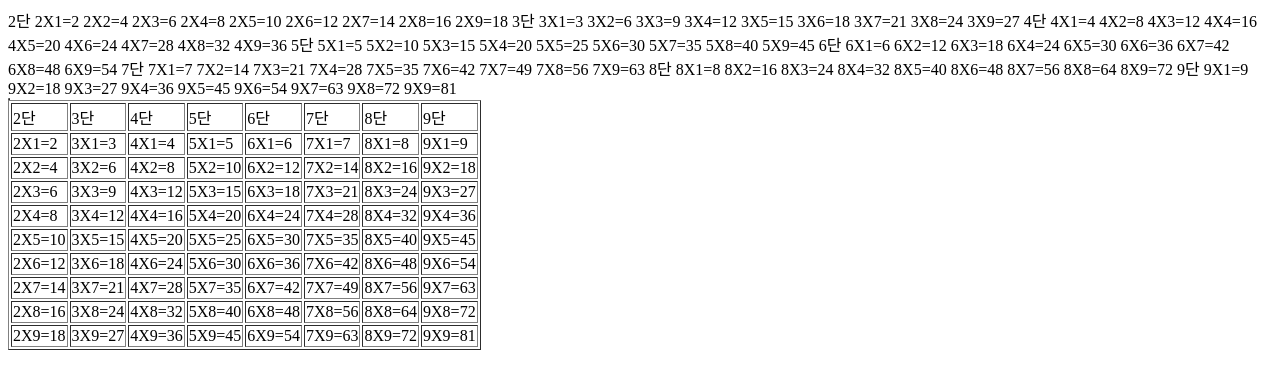
Repository: sieoh/2024html-
Page: http://localhost/jspweb_07/HW_07_이시연.jsp
An editor plug-in stored every save of this project. The page is shown before and after the next save, followed by the edit.
The browser window is 1280 px wide. The pictures show the whole page.
The page is served by Tomcat 9. Other server files are loaded and not shown.

Above is the page before, as saved 2024-01-11 02:49:35.

### workspace_sts/jspweb_07/src/main/webapp/HW_07_이시연.jsp
<%@ page language="java" contentType="text/html; charset=UTF-8"
    pageEncoding="UTF-8"%>
<!DOCTYPE html>
<html>
<head>
<meta charset="UTF-8">
<title>Insert title here</title>
</head>
<body>
	<%
    	out.println("<table border='1'>");

		for(int i=2;i<10;i++) {
			out.println(i+"단");
			for(int j=1;j<10;j++) {
				out.println(i+"X"+j+"="+j*i);
			}
		}
	    out.println("</table>");
	%>
	<table border='1'>
		<tr>
			<% for(int i=2;i<10;i++) { %>
			<td><%=i+"단" %></td> <%} %>
		</tr>
		<tr>
		<%for(int j=1;j<10;j++) { %>
		<%for(int i=2;i<10;i++) { %>
		<td><%=i+"X"+j+"="+j*i %></td> <%} %>
		</tr><%} %>
	</table>
</body>
</html>

After the next save:
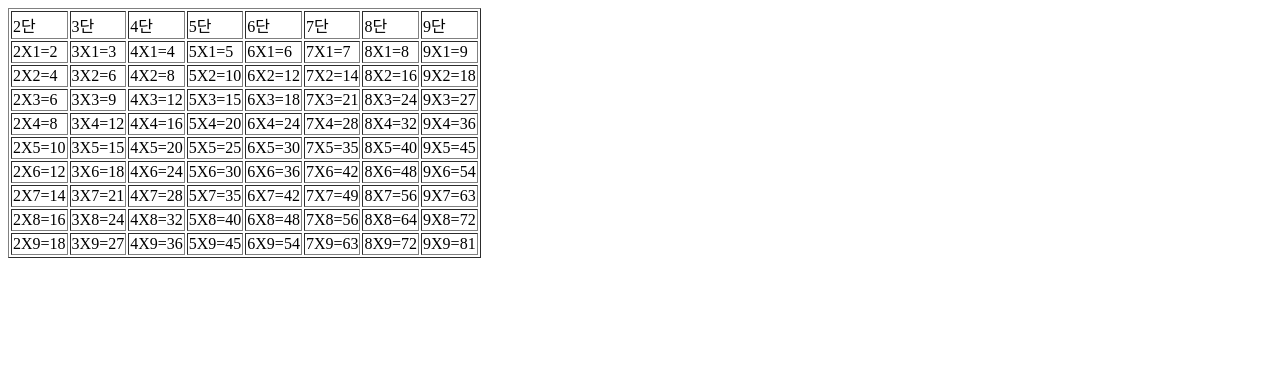
Saved 25 s later.
--- a/workspace_sts/jspweb_07/src/main/webapp/HW_07_이시연.jsp
+++ b/workspace_sts/jspweb_07/src/main/webapp/HW_07_이시연.jsp
@@ -7,26 +7,15 @@
 <title>Insert title here</title>
 </head>
 <body>
-	<%
-    	out.println("<table border='1'>");
-
-		for(int i=2;i<10;i++) {
-			out.println(i+"단");
-			for(int j=1;j<10;j++) {
-				out.println(i+"X"+j+"="+j*i);
-			}
-		}
-	    out.println("</table>");
-	%>
 	<table border='1'>
 		<tr>
 			<% for(int i=2;i<10;i++) { %>
 			<td><%=i+"단" %></td> <%} %>
 		</tr>
 		<tr>
-		<%for(int j=1;j<10;j++) { %>
-		<%for(int i=2;i<10;i++) { %>
-		<td><%=i+"X"+j+"="+j*i %></td> <%} %>
+			<%for(int j=1;j<10;j++) { %>
+			<%for(int i=2;i<10;i++) { %>
+			<td><%=i+"X"+j+"="+j*i %></td> <%} %>
 		</tr><%} %>
 	</table>
 </body>
